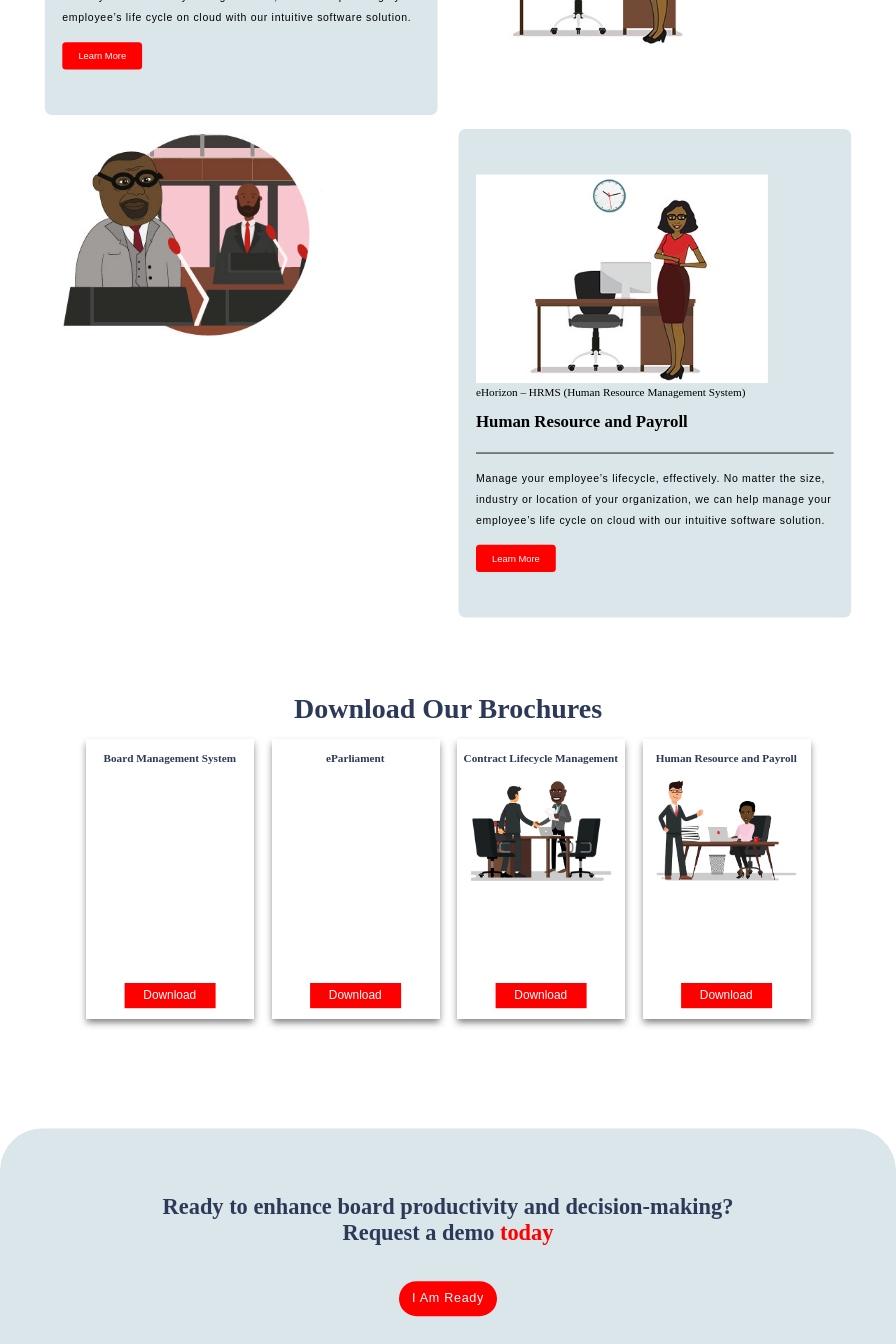
Repository: Kaleidiana/IST
Page: home.html
An editor plug-in stored every save of this project. The page is shown before and after the next save, followed by the edit.
The browser window is 1280 px wide. The pictures show the part of the page from y = 2035 to 3955 px (the page is 4714 px tall before and 4430 px after), at 70% of full size.

Above is the page before, as saved 2024-03-20 12:12:15.

After the next save:
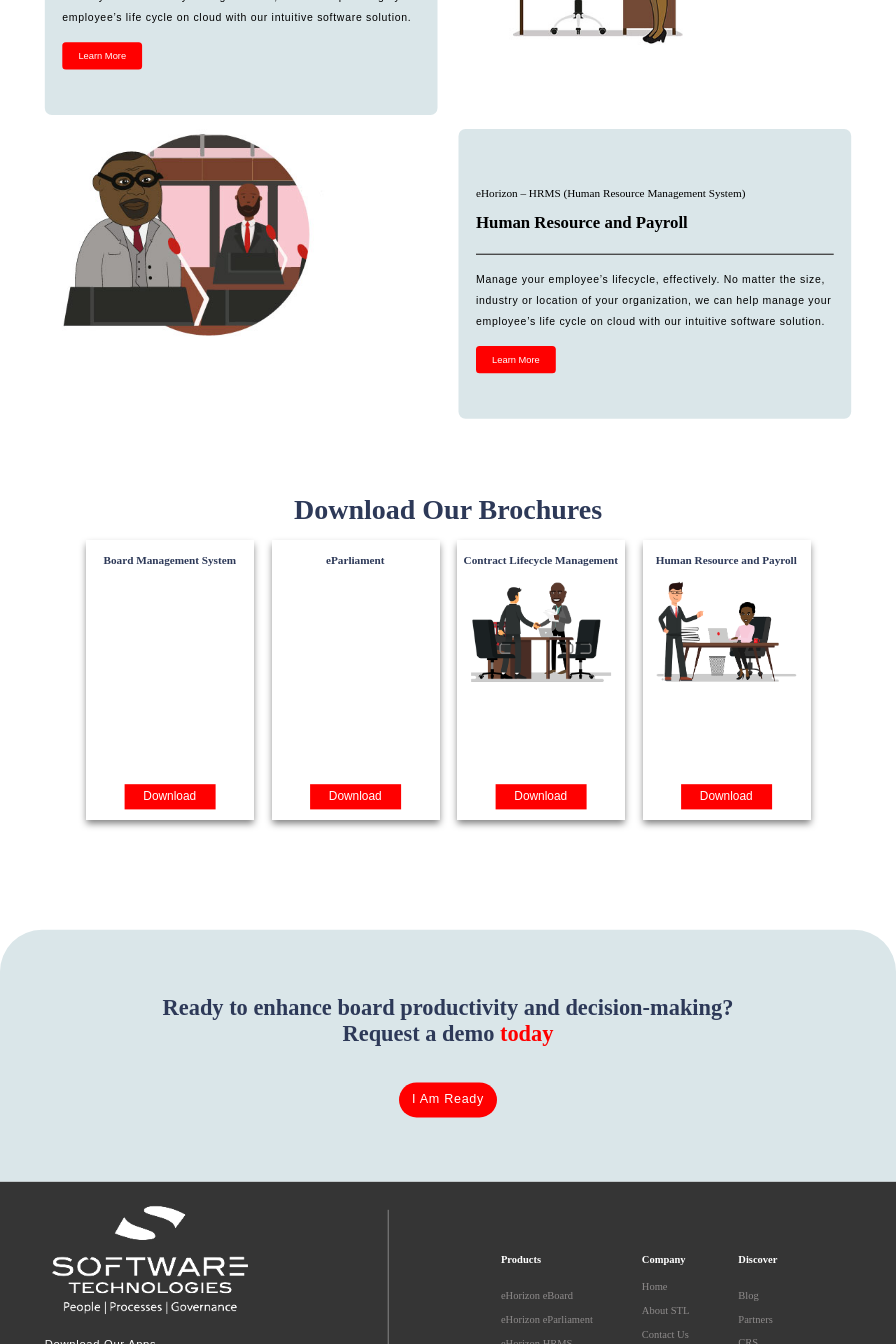
Saved 17 s later.
--- a/home.html
+++ b/home.html
@@ -93,7 +93,7 @@
                 <img src="images/4.jpg" alt="">
             </div>
             <div class="text">
-                <img src="./images/Betty-eBoard.jpg" alt="">
+                <img src="" alt="">
                 <p>eHorizon – HRMS (Human Resource Management System)</p>
                 <h2>Human Resource and Payroll</h2>
                 <hr>
